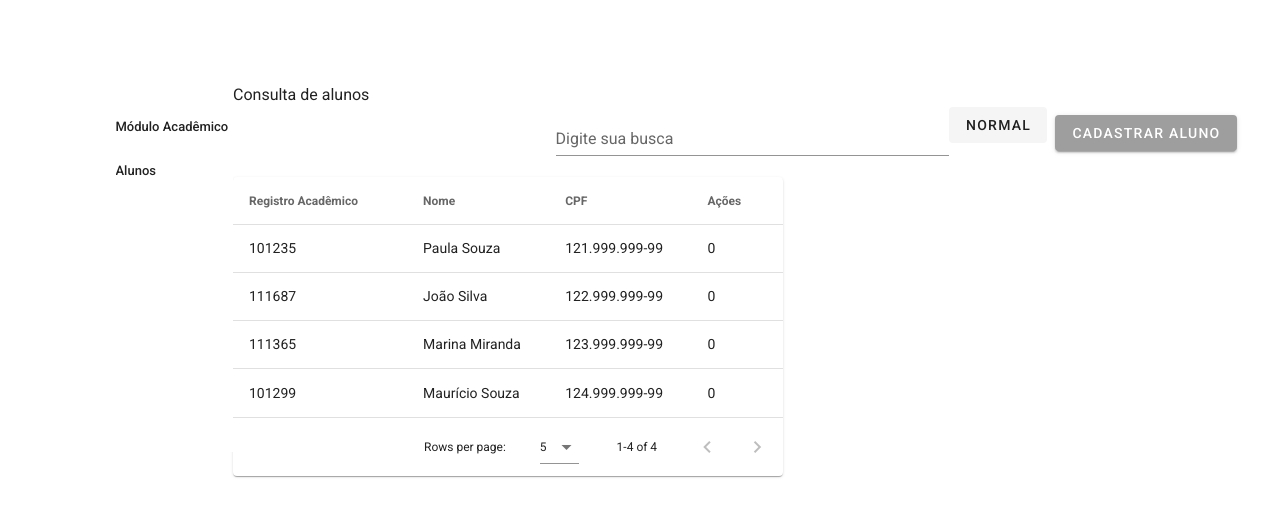
Repository: sergiohidekiono/vue-student
Page: /
An editor plug-in stored every save of this project. The page is shown before and after the next save, followed by the edit.
The browser window is 1280 px wide. The pictures show the whole page.
The project was rebuilt for these pictures with package versions that can differ from the ones it lists, and the page was loaded fresh each time. Also part of the build but not shown: vue.config.js.

Above is the page before, as saved 2024-08-07 10:25:01.

### src/App.vue
<template>
  <v-app>
    <v-main class="wrapper">
      <StudentList class="wrapper" />
    </v-main>
  </v-app>
</template>

<script>
import StudentList from './components/student-list';

export default {
  name: 'App',

  components: {
    StudentList,
  },

  data: () => ({
    //
  }),
};
</script>

<style>
.wrapper {
  width: 100vw;
  height: 100vh;
  margin: 0;
}
</style>

### src/components/student-list.vue
<template>
    <v-container>
        <v-row cols="12">
            <div class="d-flex align-start">
                <v-img :src="require('../assets/logo.png')" class="my-3" />
            </div>
        </v-row>
        <v-row cols="12">
            <v-col cols="2">
                <v-navigation-drawer floating permanent>
                    <v-list dense rounded>
                        <v-list-item v-for="item in items" :key="item.title" link>
                            <v-list-item-icon>
                                <v-icon>{{ item.icon }}</v-icon>
                            </v-list-item-icon>

                            <v-list-item-content>
                                <v-list-item-title>{{ item.title }}</v-list-item-title>
                            </v-list-item-content>
                        </v-list-item>
                    </v-list>
                </v-navigation-drawer>
                <!-- <v-navigation-drawer v-model="drawer" app clipped :permanent="false">
                    <v-list>
                        <v-list-item>
                            <v-list-item-content class="header-table" style="padding: 0 !important;">
                                <v-list-item-title style="padding: 0; margin: 0;">
                                    <h4 class="d-flex justify-center">Módulo Acadêmico</h4>
                                </v-list-item-title>
                            </v-list-item-content>
                        </v-list-item>
                        <v-list-item link>
                            <v-list-item-content style="padding: 0;">
                                <v-list-item-title class="ml-4">Alunos</v-list-item-title>
                            </v-list-item-content>
                        </v-list-item>
                    </v-list>
                </v-navigation-drawer> -->
            </v-col>
            <v-col cols="10">
                <v-row cols="12" justify="center">
                    <v-row>
                        <span>Consulta de alunos</span>
                    </v-row>
                    <v-row>
                        <v-text-field label="Digite sua busca"></v-text-field>
                        <v-btn depressed> Normal </v-btn>
                        <v-btn :loading="loading3" :disabled="loading3" color="grey" class="ma-2 white--text"
                            @click="loader = 'loading3'"> Cadastrar Aluno </v-btn>
                    </v-row>
                    <v-row>
                        <template>
                            <v-data-table :headers="headers" :items="desserts" :items-per-page="5"
                                class="elevation-1"></v-data-table>
                        </template>
                    </v-row>
                </v-row>
            </v-col>
        </v-row>
    </v-container>
</template>

<script>

export default {
    name: 'StudentList',
    data() {
        return {
            items: [
                { title: 'Módulo Acadêmico', },
                { title: 'Alunos', },
            ],
            headers: [
                { text: 'Registro Acadêmico', value: 'register', },
                { text: 'Nome', value: 'name' },
                { text: 'CPF', value: 'document' },
                { text: 'Ações', value: 'action' }
            ],
            desserts: [
                {
                    register: 101235,
                    name: 'Paula Souza',
                    document: '121.999.999-99',
                    action: 0,
                },
                {
                    register: 111687,
                    name: 'João Silva',
                    document: '122.999.999-99',
                    action: 0,
                },
                {
                    register: 111365,
                    name: 'Marina Miranda',
                    document: '123.999.999-99',
                    action: 0,
                },
                {
                    register: 101299,
                    name: 'Maurício Souza',
                    document: '124.999.999-99',
                    action: 0,
                },

            ],
        }
    }
}

</script>

<style scoped>
.v-list-item.theme--light .header-table {
    color: white;
    padding: 0 !important;
}

.v-list-item.theme--light {
    padding: 0 !important;
    background: #999999;
}

.v-list.v-sheet.theme--light {
    padding: 0 !important;
}

.v-list-item.v-list-item--link.theme--light {
    background: white;
}
</style>

Loaded but not shown: public/index.html (common file); src/main.js (common file); src/plugins/vuetify.js (common file)

After the next save:
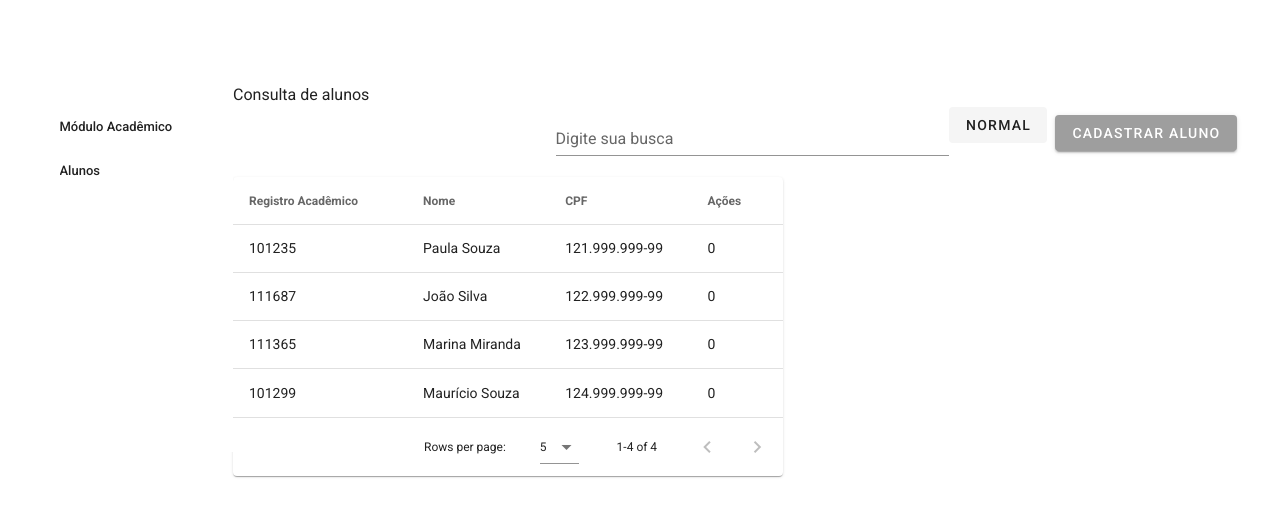
Saved 22 s later.
--- a/src/components/student-list.vue
+++ b/src/components/student-list.vue
@@ -10,10 +10,6 @@
                 <v-navigation-drawer floating permanent>
                     <v-list dense rounded>
                         <v-list-item v-for="item in items" :key="item.title" link>
-                            <v-list-item-icon>
-                                <v-icon>{{ item.icon }}</v-icon>
-                            </v-list-item-icon>
-
                             <v-list-item-content>
                                 <v-list-item-title>{{ item.title }}</v-list-item-title>
                             </v-list-item-content>
